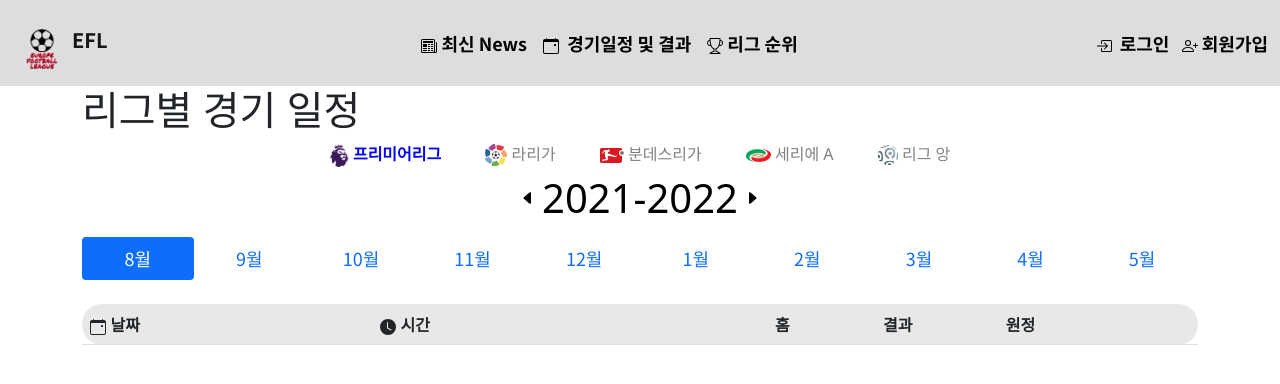
Repository: kylekimkim/uefa_project
Page: http://localhost/match/2122/list
The author's editor kept a copy of each file at every save. The page is drawn from the files as they stood at one save, then again after the next save.
The browser window is 1280 px wide. The pictures show the whole page.
Some web fonts or font styles are not loaded; a fallback is used. The page is this project's Thymeleaf template; nobody is signed in. The template is opened directly, without the code that normally fills it, so the values that code supplies are empty.

Above is the page before, as saved 2022-07-22 08:10:11.

After the next save:
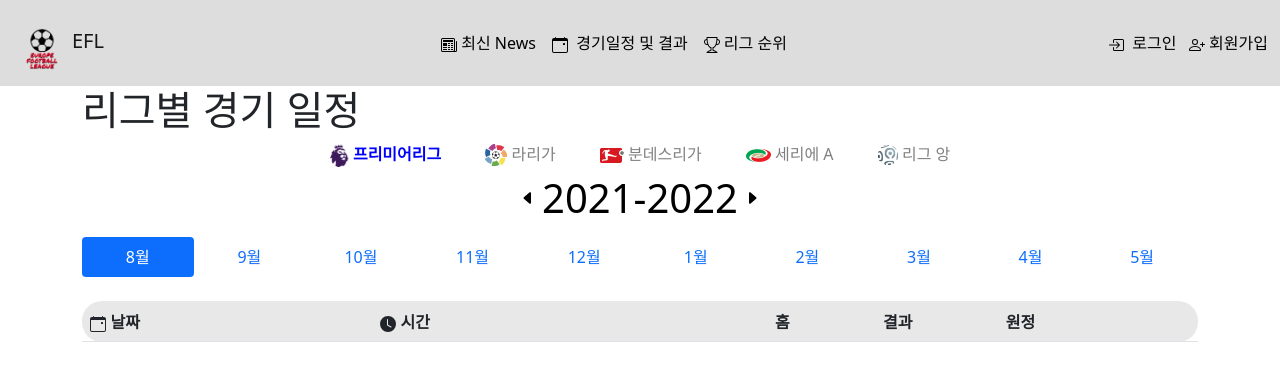
Saved 42 s later.
--- a/uefa_project/src/main/resources/templates/header_nav.html
+++ b/uefa_project/src/main/resources/templates/header_nav.html
@@ -24,9 +24,7 @@
 		font-size:large;
 	}
 	nav{
-		font-family: 'Noto Sans KR', sans-serif;
-		font-size:large;
-		font-weight:900;
+
 	}
 	</style>
 	<body>
